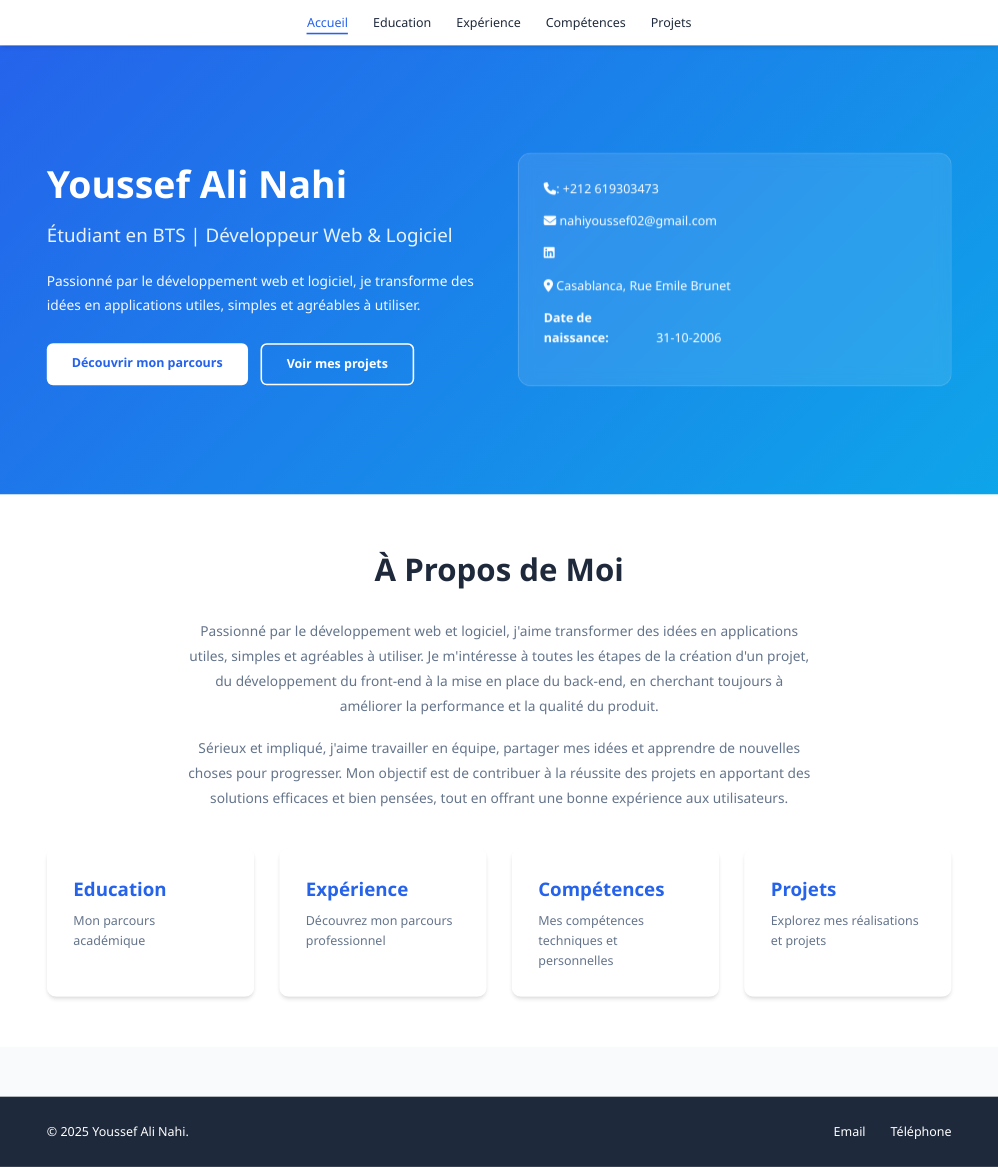
Repository: Youssef-Nahi504/My_Portfolio
Page: index.html
The author's editor kept a copy of each file at every save. The page is drawn from the files as they stood at one save, then again after a run of saves.
The browser window is 1280 px wide. The pictures show the whole page, at 78% of full size.

Above is the page before, as saved 2025-12-21 13:25:43.

### index.html
<!DOCTYPE html>
<html lang="fr">

<head>
    <meta charset="UTF-8">
    <meta name="viewport" content="width=device-width, initial-scale=1.0">
    <title>Youssef Ali Nahi - Portfolio</title>
    <link rel="stylesheet" href="style.css">
    <link rel="stylesheet" href="https://cdnjs.cloudflare.com/ajax/libs/font-awesome/6.5.1/css/all.min.css">
</head>

<body>
    <nav class="navbar">
        <div class="nav-container">
            <ul class="nav-menu">
                <li><a href="index.html" class="active">Accueil</a></li>
                <li><a href="Education.html">Education</a></li>
                <li><a href="experience.html">Expérience</a></li>
                <li><a href="competences.html">Compétences</a></li>
                <li><a href="projets.html">Projets</a></li>
            </ul>
        </div>
    </nav>

    <main>
        <section class="hero">
            <div class="hero-content">
                <div class="hero-text">
                    <h1>Youssef Ali Nahi</h1>
                    <h2>Étudiant en BTS | Développeur Web & Logiciel</h2>
                    <p class="hero-subtitle">Passionné par le développement web et logiciel, je transforme des idées en
                        applications utiles, simples et agréables à utiliser.</p>
                    <div class="hero-buttons">
                        <a href="experience.html" class="btn btn-primary">Découvrir mon parcours</a>
                        <a href="projets.html" class="btn btn-secondary">Voir mes projets</a>
                    </div>
                </div>
                <div class="hero-image">
                    <div class="profile-card">
                        <div class="profile-info">

                            <p><i class="fa-solid fa-phone"></i>:  +212 619303473</p>
                            <p> <i class="fa-solid fa-envelope"></i> nahiyoussef02@gmail.com</p>
                            <p><i class="fa-brands fa-linkedin"></i></p>
                            <p><i class="fa-solid fa-location-dot"></i> Casablanca, Rue Emile Brunet</p>
                            <p><strong>Date de naissance:</strong> 31-10-2006</p>
                        </div>
                    </div>
                </div>
            </div>
        </section>

        <section class="about">
            <div class="container">
                <h2 class="section-title">À Propos de Moi</h2>
                <div class="about-content">
                    <p>
                        Passionné par le développement web et logiciel, j'aime transformer des idées en applications
                        utiles, simples et agréables à utiliser. Je m'intéresse à toutes les étapes de la création d'un
                        projet, du développement du front-end à la mise en place du back-end, en cherchant toujours à
                        améliorer la performance et la qualité du produit.
                    </p>
                    <p>
                        Sérieux et impliqué, j'aime travailler en équipe, partager mes idées et apprendre de nouvelles
                        choses pour progresser. Mon objectif est de contribuer à la réussite des projets en apportant
                        des solutions efficaces et bien pensées, tout en offrant une bonne expérience aux utilisateurs.
                    </p>
                </div>
                <div class="quick-links">
                    <a href="Education.html" class="quick-link-card">
                        <h3>Education</h3>
                        <p>Mon parcours académique</p>
                    </a>

                    <a href="experience.html" class="quick-link-card">
                        <h3>Expérience</h3>
                        <p>Découvrez mon parcours professionnel</p>
                    </a>
                    <a href="competences.html" class="quick-link-card">
                        <h3>Compétences</h3>
                        <p>Mes compétences techniques et personnelles</p>
                    </a>
                    <a href="projets.html" class="quick-link-card">
                        <h3>Projets</h3>
                        <p>Explorez mes réalisations et projets</p>
                    </a>
                </div>
            </div>
        </section>
    </main>

    <footer>
        <div class="container">
            <p>&copy; 2025 Youssef Ali Nahi.</p>
            <div class="footer-links">
                <a href="mailto:nahiyoussef02@gmail.com">Email</a>
                <a href="tel:+212619303473">Téléphone</a>
            </div>
        </div>
    </footer>

    <script src="file.js"></script>
</body>

</html>

### style.css
* {
    margin: 0;
    padding: 0;
    box-sizing: border-box;
}

:root {
    --primary-color: #2563eb;
    --primary-dark: #1e40af;
    --secondary-color: #64748b;
    --accent-color: #0ea5e9;
    --text-dark: #1e293b;
    --text-light: #64748b;
    --bg-light: #f8fafc;
    --bg-white: #ffffff;
    --border-color: #e2e8f0;
    --shadow: 0 4px 6px -1px rgba(0, 0, 0, 0.1), 0 2px 4px -1px rgba(0, 0, 0, 0.06);
    --shadow-lg: 0 10px 15px -3px rgba(0, 0, 0, 0.1), 0 4px 6px -2px rgba(0, 0, 0, 0.05);
}

body {
    font-family: 'Segoe UI', Tahoma, Geneva, Verdana, sans-serif;
    line-height: 1.6;
    color: var(--text-dark);
    background-color: var(--bg-light);
}

.container {
    max-width: 1200px;
    margin: 0 auto;
    padding: 0 20px;
}

/* Navigation */
.navbar {
    background: var(--bg-white);
    box-shadow: var(--shadow);
    position: sticky;
    top: 0;
    z-index: 1000;
    padding: 1rem 0;
}

.nav-container {
    max-width: 1200px;
    margin: 0 auto;
    padding: 0 20px;
    display: flex;
  justify-content: center; /* horizontal */
  align-items: center;
}

.logo {
    font-size: 1.5rem;
    font-weight: bold;
    color: var(--primary-color);
    letter-spacing: 2px;
}

.nav-menu {
    display: flex;
    list-style: none;
    gap: 2rem;
}

.nav-menu a {
    text-decoration: none;
    color: var(--text-dark);
    font-weight: 500;
    transition: color 0.3s ease;
    position: relative;
}

.nav-menu a:hover,
.nav-menu a.active {
    color: var(--primary-color);
}

.nav-menu a.active::after {
    content: '';
    position: absolute;
    bottom: -5px;
    left: 0;
    width: 100%;
    height: 2px;
    background: var(--primary-color);
}

.hamburger {
    display: none;
    flex-direction: column;
    cursor: pointer;
    gap: 4px;
}

.hamburger span {
    width: 25px;
    height: 3px;
    background: var(--text-dark);
    transition: all 0.3s ease;
}

/* Hero Section */
.hero {
    background: linear-gradient(135deg, var(--primary-color) 0%, var(--accent-color) 100%);
    color: white;
    padding: 4rem 0;
    min-height: 80vh;
    display: flex;
    align-items: center;
}

.hero-content {
    max-width: 1200px;
    margin: 0 auto;
    padding: 0 20px;
    display: grid;
    grid-template-columns: 1fr 1fr;
    gap: 3rem;
    align-items: center;
}

.hero-text h1 {
    font-size: 3rem;
    margin-bottom: 0.5rem;
    font-weight: 700;
}

.hero-text h2 {
    font-size: 1.5rem;
    margin-bottom: 1.5rem;
    opacity: 0.9;
    font-weight: 400;
}

.hero-subtitle {
    font-size: 1.1rem;
    margin-bottom: 2rem;
    opacity: 0.95;
    line-height: 1.8;
}

.hero-buttons {
    display: flex;
    gap: 1rem;
    flex-wrap: wrap;
}

.btn {
    padding: 0.75rem 2rem;
    border-radius: 8px;
    text-decoration: none;
    font-weight: 600;
    transition: all 0.3s ease;
    display: inline-block;
}

.btn-primary {
    background: white;
    color: var(--primary-color);
}

.btn-primary:hover {
    transform: translateY(-2px);
    box-shadow: var(--shadow-lg);
}

.btn-secondary {
    background: transparent;
    color: white;
    border: 2px solid white;
}

.btn-secondary:hover {
    background: white;
    color: var(--primary-color);
}

.profile-card {
    background: rgba(255, 255, 255, 0.1);
    backdrop-filter: blur(10px);
    border-radius: 16px;
    padding: 2rem;
    border: 1px solid rgba(255, 255, 255, 0.2);
}

.profile-info p {
    margin-bottom: 1rem;
    font-size: 1rem;
}

.profile-info strong {
    display: inline-block;
    width: 140px;
}

/* About Section */
.about {
    padding: 4rem 0;
    background: var(--bg-white);
}

.section-title {
    font-size: 2.5rem;
    margin-bottom: 2rem;
    text-align: center;
    color: var(--text-dark);
}

.about-content {
    max-width: 800px;
    margin: 0 auto 3rem;
    text-align: center;
}

.about-content p {
    font-size: 1.1rem;
    color: var(--text-light);
    margin-bottom: 1.5rem;
    line-height: 1.8;
}

.quick-links {
    display: grid;
    grid-template-columns: repeat(auto-fit, minmax(250px, 1fr));
    gap: 2rem;
    margin-top: 3rem;
}

.quick-link-card {
    background: var(--bg-white);
    padding: 2rem;
    border-radius: 12px;
    text-decoration: none;
    color: var(--text-dark);
    box-shadow: var(--shadow);
    transition: all 0.3s ease;
    border: 2px solid transparent;
}

.quick-link-card:hover {
    transform: translateY(-5px);
    box-shadow: var(--shadow-lg);
    border-color: var(--primary-color);
}

.quick-link-card h3 {
    color: var(--primary-color);
    margin-bottom: 0.5rem;
    font-size: 1.5rem;
}

.quick-link-card p {
    color: var(--text-light);
}

/* Page Header */
.page-header {
    background: linear-gradient(135deg, var(--primary-color) 0%, var(--accent-color) 100%);
    color: white;
    padding: 3rem 0;
    text-align: center;
}

.page-header h1 {
    font-size: 3rem;
    margin-bottom: 0.5rem;
}

.page-header p {
    font-size: 1.2rem;
    opacity: 0.9;
}

/* Experience Section */
.experience-section {
    padding: 4rem 0;
    background: var(--bg-white);
}

.timeline {
    position: relative;
    max-width: 900px;
    margin: 0 auto;
    padding: 2rem 0;
}

.timeline::before {
    content: '';
    position: absolute;
    left: 30px;
    top: 0;
    bottom: 0;
    width: 2px;
    background: var(--border-color);
}

.timeline-item {
    position: relative;
    margin-bottom: 3rem;
    padding-left: 80px;
}

.timeline-marker {
    position: absolute;
    left: 22px;
    top: 0;
    width: 16px;
    height: 16px;
    border-radius: 50%;
    background: var(--primary-color);
    border: 4px solid var(--bg-white);
    box-shadow: var(--shadow);
}

.timeline-content {
    background: var(--bg-white);
    padding: 2rem;
    border-radius: 12px;
    box-shadow: var(--shadow);
    transition: all 0.3s ease;
}

.timeline-content:hover {
    box-shadow: var(--shadow-lg);
    transform: translateX(5px);
}

.timeline-date {
    color: var(--primary-color);
    font-weight: 600;
    margin-bottom: 0.5rem;
    font-size: 0.9rem;
}

.timeline-content h3 {
    color: var(--text-dark);
    margin-bottom: 0.25rem;
    font-size: 1.5rem;
}

.timeline-content h4 {
    color: var(--text-light);
    margin-bottom: 1rem;
    font-weight: 500;
}

.timeline-content ul {
    list-style: none;
    padding-left: 0;
}

.timeline-content li {
    padding-left: 1.5rem;
    position: relative;
    margin-bottom: 0.5rem;
    color: var(--text-light);
}

.timeline-content li::before {
    content: '▸';
    position: absolute;
    left: 0;
    color: var(--primary-color);
}

/* Education Section */
.education-section {
    padding: 4rem 0;
    background: var(--bg-light);
}

.education-grid {
    display: grid;
    grid-template-columns: repeat(auto-fit, minmax(300px, 1fr));
    gap: 2rem;
    max-width: 900px;
    margin: 0 auto;
}

.education-card {
    background: var(--bg-white);
    padding: 2rem;
    border-radius: 12px;
    box-shadow: var(--shadow);
    transition: all 0.3s ease;
    border-top: 4px solid var(--primary-color);
}

.education-card:hover {
    transform: translateY(-5px);
    box-shadow: var(--shadow-lg);
}

.education-year {
    color: var(--primary-color);
    font-weight: 600;
    margin-bottom: 1rem;
    font-size: 0.9rem;
}

.education-card h3 {
    color: var(--text-dark);
    margin-bottom: 0.5rem;
    font-size: 1.3rem;
}

.education-card h4 {
    color: var(--text-light);
    margin-bottom: 1rem;
    font-weight: 500;
}

.education-institution {
    color: var(--text-light);
    font-style: italic;
}

/* Skills Section */
.skills-section {
    padding: 4rem 0;
    background: var(--bg-white);
}

.skills-category {
    margin-bottom: 4rem;
}

.category-title {
    font-size: 2rem;
    margin-bottom: 2rem;
    color: var(--text-dark);
    text-align: center;
}

.skills-grid {
    display: grid;
    grid-template-columns: repeat(auto-fit, minmax(250px, 1fr));
    gap: 2rem;
}

.skill-group {
    background: var(--bg-light);
    padding: 1.5rem;
    border-radius: 12px;
    border-top: 4px solid var(--primary-color);
}

.skill-group h3 {
    color: var(--text-dark);
    margin-bottom: 1rem;
    font-size: 1.2rem;
}

.skill-tags {
    display: flex;
    flex-wrap: wrap;
    gap: 0.5rem;
}

.skill-tag {
    background: var(--accent-color);
    color: white;
    padding: 0.5rem 1rem;
    border-radius: 20px;
    font-size: 0.9rem;
    font-weight: 500;
}

.soft-skills-grid {
    display: grid;
    grid-template-columns: repeat(auto-fit, minmax(200px, 1fr));
    gap: 1.5rem;
}

.soft-skill-card {
    background: linear-gradient(135deg, var(--primary-color) 0%, var(--accent-color) 100%);
    color: white;
    padding: 2rem;
    border-radius: 12px;
    text-align: center;
    transition: all 0.3s ease;
}

.soft-skill-card:hover {
    transform: translateY(-5px);
    box-shadow: var(--shadow-lg);
}

.soft-skill-card h3 {
    font-size: 1.2rem;
}

.languages-grid,
.interests-grid {
    display: grid;
    grid-template-columns: repeat(auto-fit, minmax(200px, 1fr));
    gap: 1.5rem;
}

.language-card,
.interest-card {
    background: var(--bg-white);
    padding: 2rem;
    border-radius: 12px;
    box-shadow: var(--shadow);
    text-align: center;
    transition: all 0.3s ease;
    border-top: 4px solid var(--primary-color);
}

.language-card:hover,
.interest-card:hover {
    transform: translateY(-5px);
    box-shadow: var(--shadow-lg);
}

.language-card h3,
.interest-card h3 {
    color: var(--text-dark);
    margin-bottom: 0.5rem;
    font-size: 1.3rem;
}

.language-card p {
    color: var(--text-light);
    font-weight: 500;
}

/* Projects Section */
.projects-section {
    padding: 4rem 0;
    background: var(--bg-white);
}

.projects-grid {
    display: grid;
    grid-template-columns: repeat(auto-fit, minmax(300px, 1fr));
    gap: 2rem;
}

.project-card {
    background: var(--bg-white);
    padding: 2rem;
    border-radius: 12px;
    box-shadow: var(--shadow);
    transition: all 0.3s ease;
    border-top: 4px solid var(--primary-color);
    position: relative;
}

.project-badge {
    position: absolute;
    top: 1rem;
    right: 1rem;
    background: linear-gradient(135deg, var(--primary-color) 0%, var(--accent-color) 100%);
    color: white;
    padding: 0.4rem 0.8rem;
    border-radius: 20px;
    font-size: 0.75rem;
    font-weight: 600;
    text-transform: uppercase;
    letter-spacing: 0.5px;
}

.project-card:hover {
    transform: translateY(-5px);
    box-shadow: var(--shadow-lg);
}

.project-icon {
    font-size: 3rem;
    margin-bottom: 1rem;
}

.project-card h3 {
    color: var(--text-dark);
    margin-bottom: 0.75rem;
    font-size: 1.4rem;
}

.project-tech {
    color: var(--primary-color);
    font-weight: 600;
    margin-bottom: 1rem;
    font-size: 0.9rem;
}

.project-description {
    color: var(--text-light);
    line-height: 1.7;
}

/* Footer */
footer {
    background: var(--text-dark);
    color: white;
    padding: 2rem 0;
    margin-top: 4rem;
}

footer .container {
    display: flex;
    justify-content: space-between;
    align-items: center;
    flex-wrap: wrap;
    gap: 1rem;
}

.footer-links {
    display: flex;
    gap: 2rem;
}

.footer-links a {
    color: white;
    text-decoration: none;
    transition: color 0.3s ease;
}

.footer-links a:hover {
    color: var(--accent-color);
}

/* Responsive Design */
@media (max-width: 768px) {
    .hamburger {
        display: flex;
    }

    .nav-menu {
        position: fixed;
        left: -100%;
        top: 70px;
        flex-direction: column;
        background: var(--bg-white);
        width: 100%;
        text-align: center;
        transition: 0.3s;
        box-shadow: var(--shadow);
        padding: 2rem 0;
        gap: 0;
    }

    .nav-menu.active {
        left: 0;
    }

    .nav-menu li {
        margin: 1rem 0;
    }

    .hero-content {
        grid-template-columns: 1fr;
        text-align: center;
    }

    .hero-text h1 {
        font-size: 2rem;
    }

    .hero-text h2 {
        font-size: 1.2rem;
    }

    .section-title {
        font-size: 2rem;
    }

    .page-header h1 {
        font-size: 2rem;
    }

    .timeline::before {
        left: 15px;
    }

    .timeline-item {
        padding-left: 50px;
    }

    .timeline-marker {
        left: 7px;
    }

    .quick-links {
        grid-template-columns: 1fr;
    }

    footer .container {
        flex-direction: column;
        text-align: center;
    }
}

@media (max-width: 480px) {
    .hero {
        padding: 2rem 0;
        min-height: auto;
    }

    .hero-text h1 {
        font-size: 1.5rem;
    }

    .btn {
        padding: 0.6rem 1.5rem;
        font-size: 0.9rem;
    }

    .projects-grid,
    .education-grid {
        grid-template-columns: 1fr;
    }
}

### file.js
// Mobile Navigation Toggle
const hamburger = document.querySelector('.hamburger');
const navMenu = document.querySelector('.nav-menu');

if (hamburger && navMenu) {
    hamburger.addEventListener('click', () => {
        navMenu.classList.toggle('active');

        // Animate hamburger
        const spans = hamburger.querySelectorAll('span');
        if (navMenu.classList.contains('active')) {
            spans[0].style.transform = 'rotate(45deg) translate(5px, 5px)';
            spans[1].style.opacity = '0';
            spans[2].style.transform = 'rotate(-45deg) translate(7px, -6px)';
        } else {
            spans[0].style.transform = 'none';
            spans[1].style.opacity = '1';
            spans[2].style.transform = 'none';
        }
    });

    // Close menu when clicking on a link
    document.querySelectorAll('.nav-menu a').forEach(link => {
        link.addEventListener('click', () => {
            navMenu.classList.remove('active');
            const spans = hamburger.querySelectorAll('span');
            spans[0].style.transform = 'none';
            spans[1].style.opacity = '1';
            spans[2].style.transform = 'none';
        });
    });

    // Close menu when clicking outside
    document.addEventListener('click', (e) => {
        if (!hamburger.contains(e.target) && !navMenu.contains(e.target)) {
            navMenu.classList.remove('active');
            const spans = hamburger.querySelectorAll('span');
            spans[0].style.transform = 'none';
            spans[1].style.opacity = '1';
            spans[2].style.transform = 'none';
        }
    });
}

// Smooth scroll for anchor links
document.querySelectorAll('a[href^="#"]').forEach(anchor => {
    anchor.addEventListener('click', function (e) {
        e.preventDefault();
        const target = document.querySelector(this.getAttribute('href'));
        if (target) {
            target.scrollIntoView({
                behavior: 'smooth',
                block: 'start'
            });
        }
    });
});

// Add scroll animation
const observerOptions = {
    threshold: 0.1,
    rootMargin: '0px 0px -50px 0px'
};

const observer = new IntersectionObserver((entries) => {
    entries.forEach(entry => {
        if (entry.isIntersecting) {
            entry.target.style.opacity = '1';
            entry.target.style.transform = 'translateY(0)';
        }
    });
}, observerOptions);

// Observe elements for animation
document.addEventListener('DOMContentLoaded', () => {
    const animateElements = document.querySelectorAll('.project-card, .education-card, .timeline-item, .skill-group, .soft-skill-card, .language-card, .interest-card, .quick-link-card');

    animateElements.forEach(el => {
        el.style.opacity = '0';
        el.style.transform = 'translateY(20px)';
        el.style.transition = 'opacity 0.6s ease, transform 0.6s ease';
        observer.observe(el);
    });
});

// Add active page highlighting
document.addEventListener('DOMContentLoaded', () => {
    const currentPage = window.location.pathname.split('/').pop() || 'index.html';
    const navLinks = document.querySelectorAll('.nav-menu a');

    navLinks.forEach(link => {
        const linkPage = link.getAttribute('href');
        if (linkPage === currentPage || (currentPage === '' && linkPage === 'index.html')) {
            link.classList.add('active');
        } else {
            link.classList.remove('active');
        }
    });
});

After the next 5 saves:
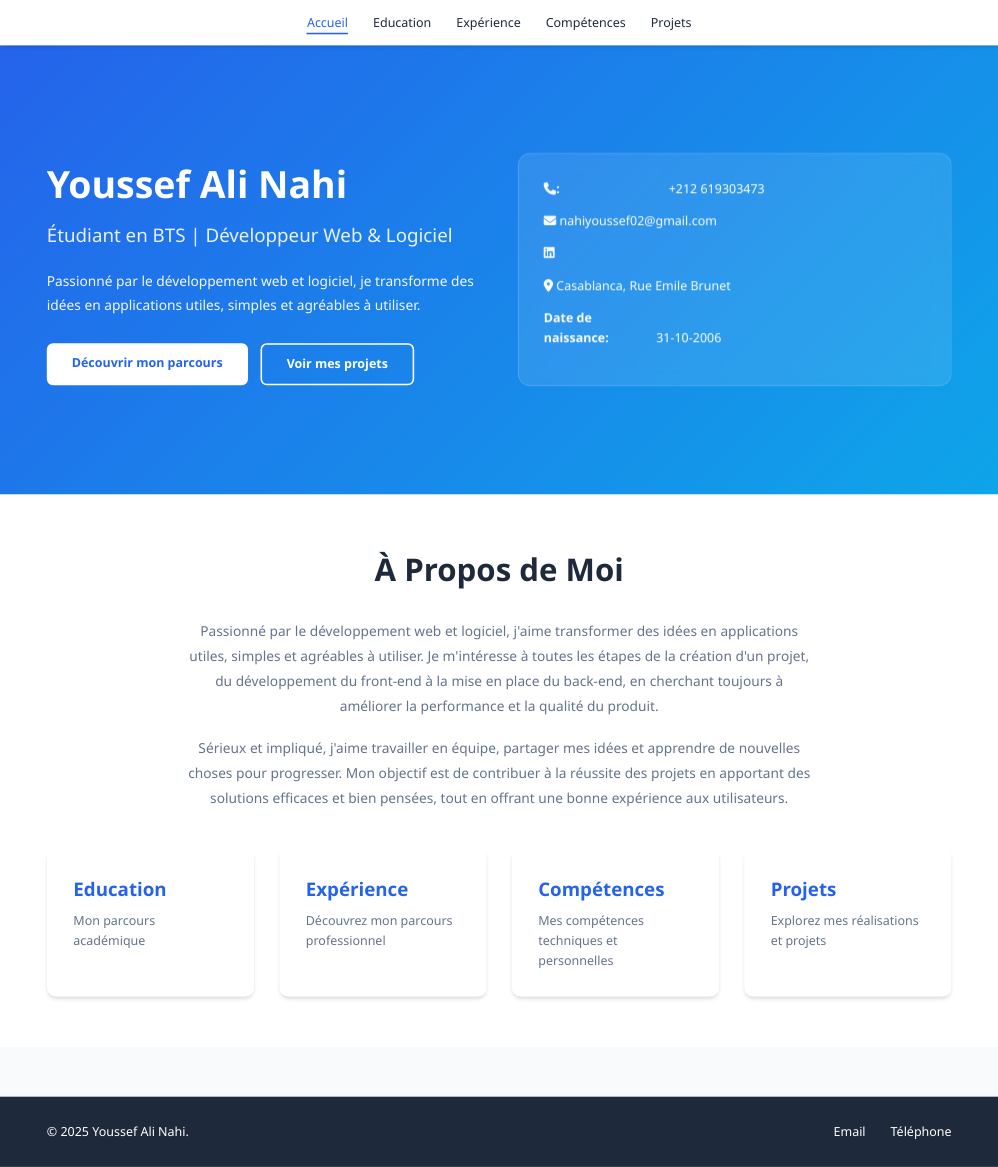
The 5 saves are shown as one change because they came seconds apart.
The last was saved 15 s later.
--- a/index.html
+++ b/index.html
@@ -39,7 +39,7 @@
                     <div class="profile-card">
                         <div class="profile-info">
 
-                            <p><i class="fa-solid fa-phone"></i>:  +212 619303473</p>
+                            <p><i class="fa-solid fa-phone"></i><Strong>: </Strong> +212 619303473</p>
                             <p> <i class="fa-solid fa-envelope"></i> nahiyoussef02@gmail.com</p>
                             <p><i class="fa-brands fa-linkedin"></i></p>
                             <p><i class="fa-solid fa-location-dot"></i> Casablanca, Rue Emile Brunet</p>
